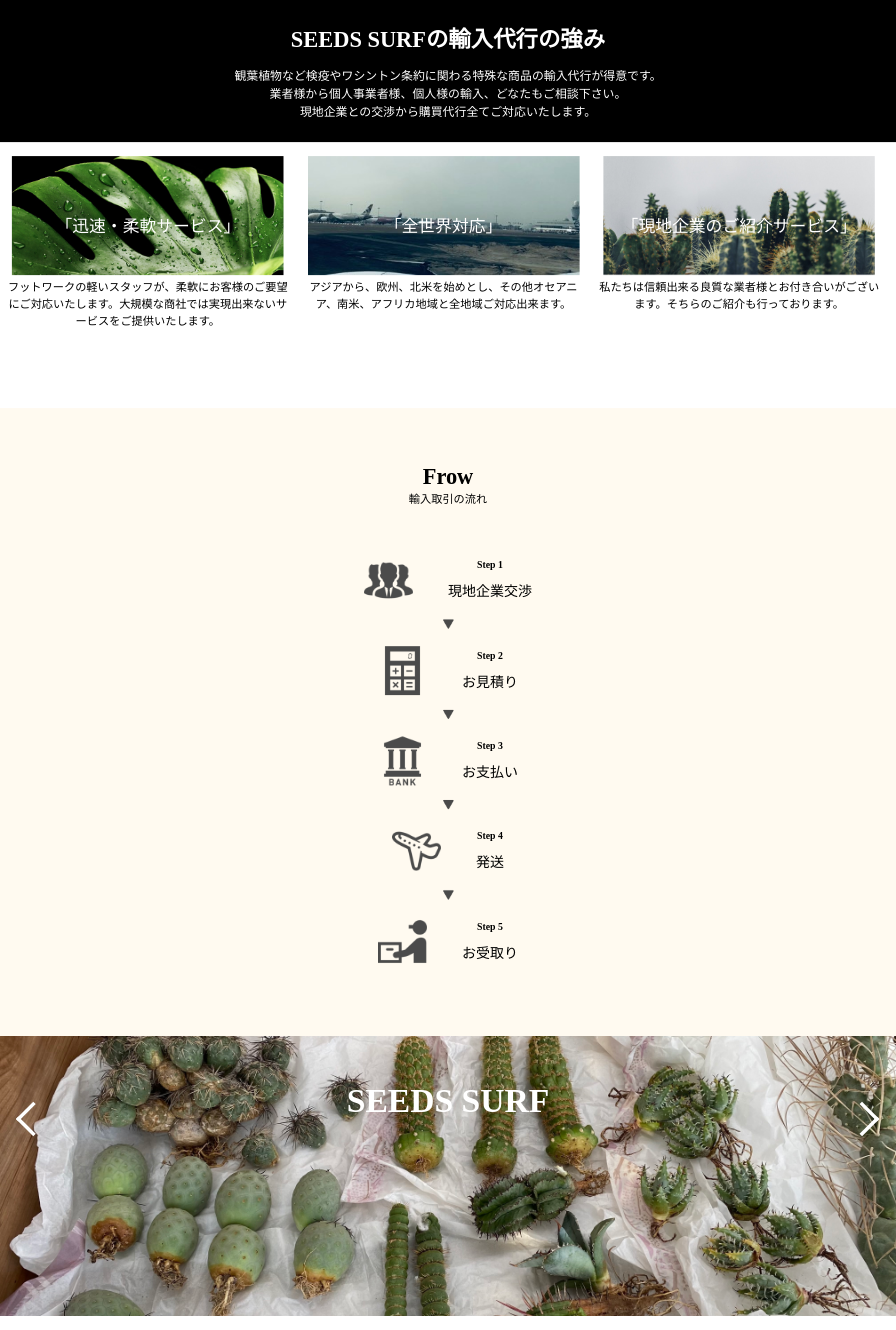
Repository: Seiya00002/seeds-surf-lp
Page: index.html
The author's editor kept a copy of each file at every save. The page is drawn from the files as they stood at one save, then again after the next save.
The browser window is 1280 px wide. The pictures show the part of the page from y = 570 to 2470 px (the page is 4093 px tall before and 4595 px after), at 70% of full size.

Above is the page before, as saved 2023-07-15 09:12:43.

After the next save:
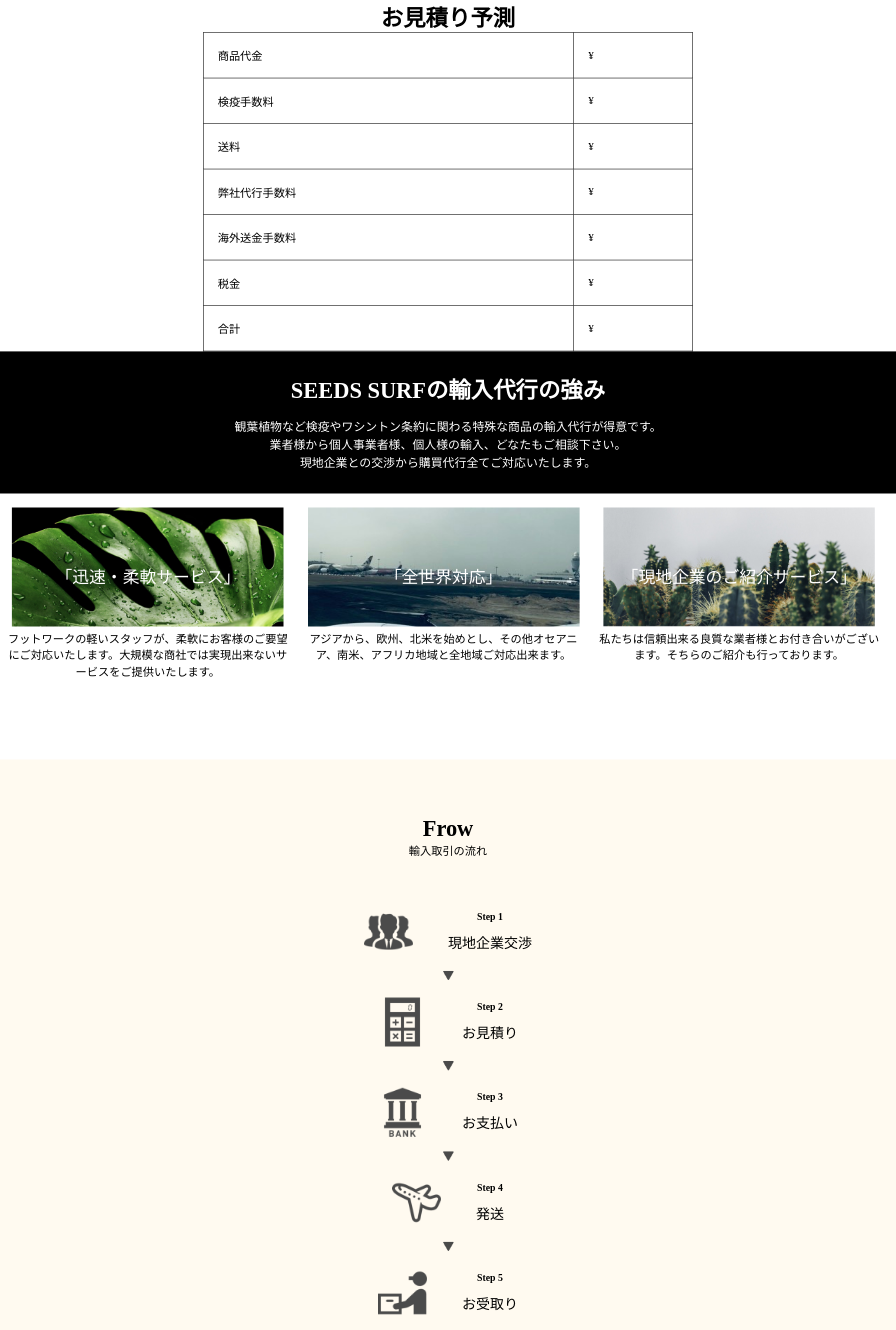
Saved 58 s later.
--- a/index.html
+++ b/index.html
@@ -68,7 +68,42 @@
         </div>
 
 
-
+        <!-- お見積り表 -->
+    <div class="estimate_wrapper">
+        <div class="container">
+            <h1>お見積り予測</h1>
+            <table align="center">
+                <tr>
+                    <td>商品代金</td>
+                    <td>¥<span id="span2"></span></td>
+                </tr>
+                <tr>
+                    <td>検疫手数料</td>
+                    <td>¥<span id="span3"></span></td>
+                </tr>
+                <tr>
+                    <td>送料</td>
+                    <td>¥<span id="span4"></span></td>
+                </tr>
+                <tr>
+                    <td>弊社代行手数料</td>
+                    <td>¥<span id="span5"></span></td>
+                </tr>
+                <tr>
+                    <td>海外送金手数料</td>
+                    <td>¥<span id="span6"></span></td>
+                </tr>
+                <tr>
+                    <td>税金</td>
+                    <td>¥<span id="span7"></span></td>
+                </tr>
+                <tr>
+                  <td>合計</td>
+                  <td>¥<span id="span1"></span></td>
+              </tr>
+            </table>
+        </div>
+    </div>
 
 
 
